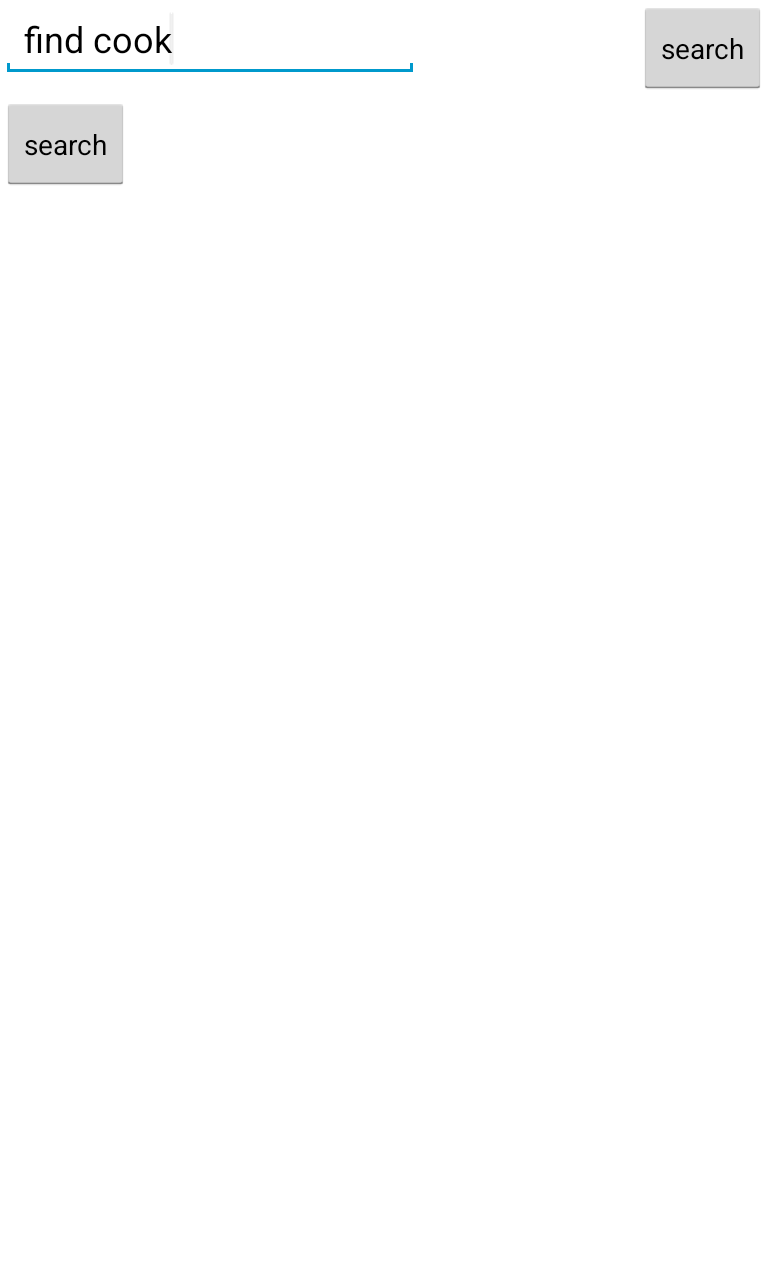
Repository: KnightFreedom/cookcook
Layout: client/CookCook/res/layout/browse_activity.xml
The author's editor kept a copy of each file at every save. The layout is drawn from the files as they stood at one save, then again after the next save.
It is drawn on a 768 x 1280 px phone screen (xhdpi) without system bars, with theme AppTheme; the app's code is not run.

Above is the layout before, as saved 2017-05-11 10:35:02.

After the next save:
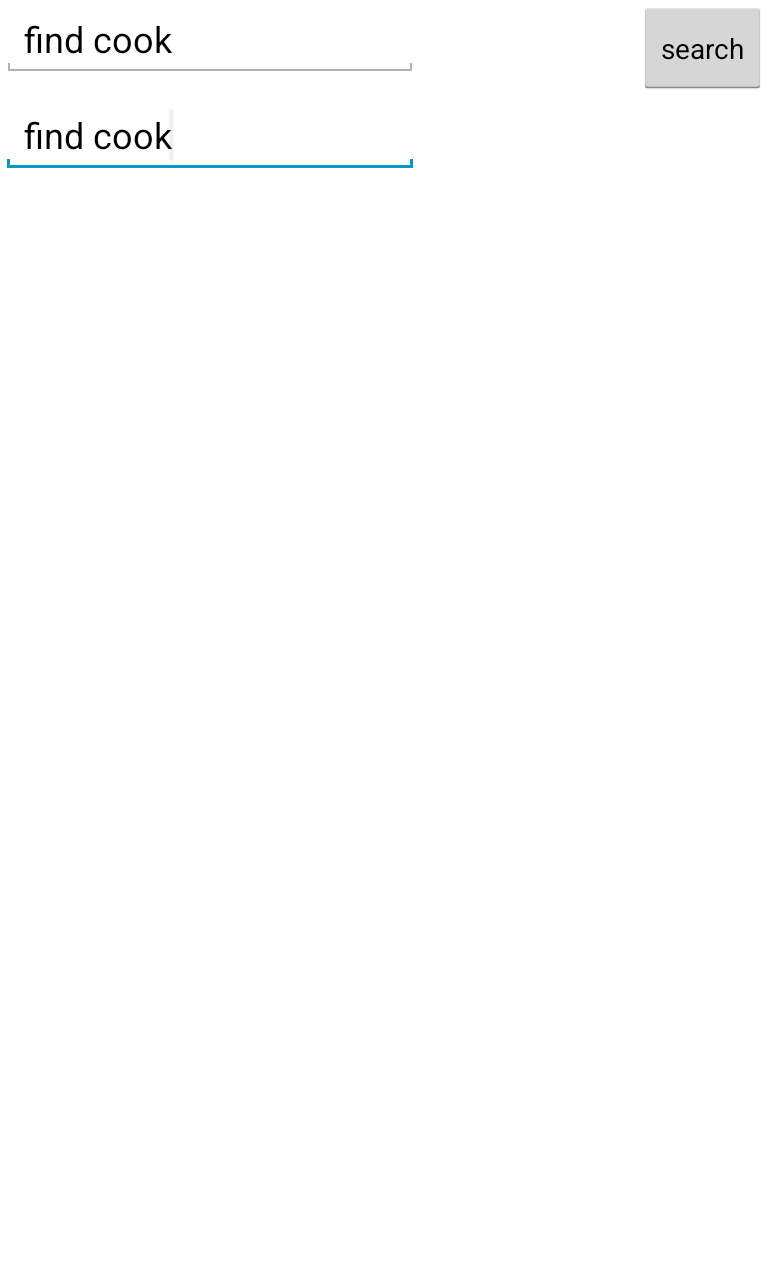
Saved 8 s later.
--- a/client/CookCook/res/layout/browse_activity.xml
+++ b/client/CookCook/res/layout/browse_activity.xml
@@ -34,14 +34,15 @@
         android:layout_width="match_parent"
         android:layout_height="match_parent" >
 
-            <Button
-            android:id="@+id/searchBtn"
-            style="?android:attr/buttonStyleSmall"
+        <AutoCompleteTextView
+            android:id="@+id/searchTxt"
             android:layout_width="wrap_content"
             android:layout_height="wrap_content"
-            android:layout_alignParentRight="true"
-            android:text="search"
-            />
+            android:layout_alignParentLeft = "true"
+            android:ems="10"
+            android:text="find cook" >
+            <requestFocus />
+        </AutoCompleteTextView>
 
 
     </ScrollView>
